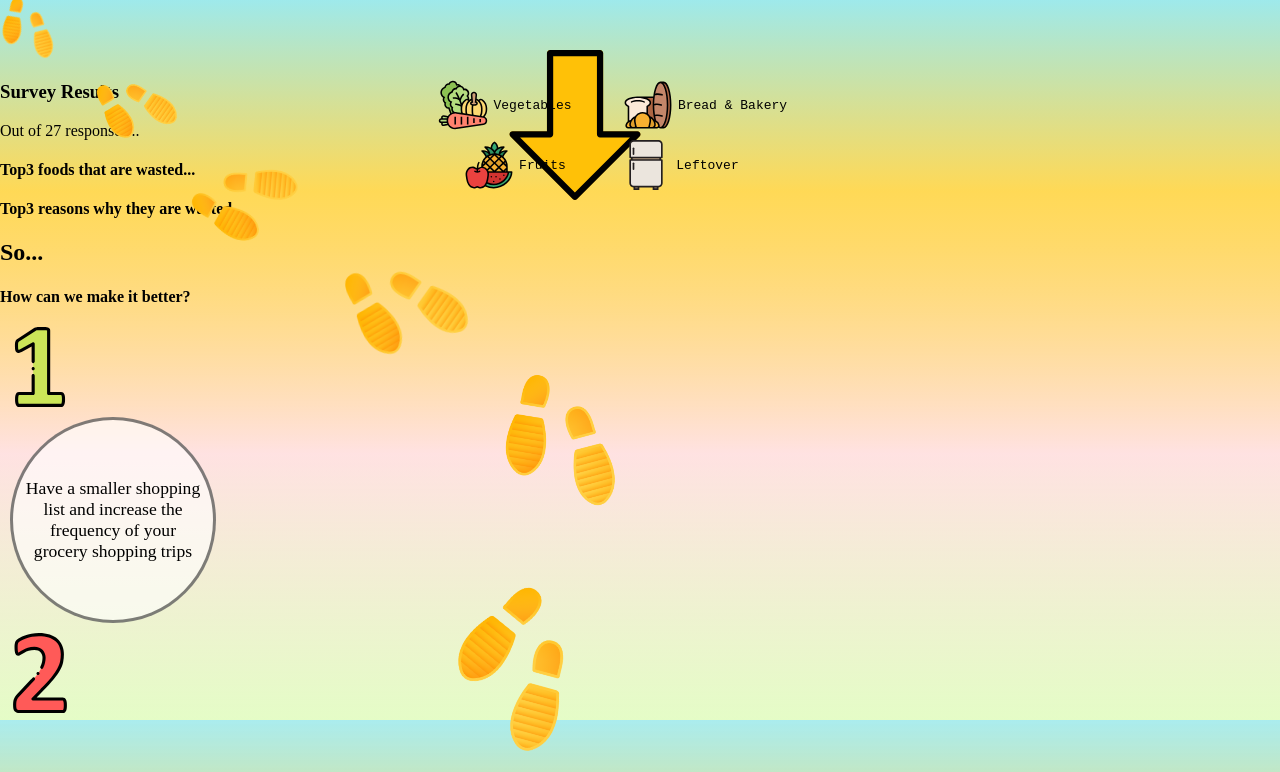
Repository: iorid3/Midterm
Page: index.html
These files come from the project's save history. The page is drawn as it stood at one moment and after the next save; the edit follows.
The browser window is 1280 px wide. The pictures show the whole page.
An inner scrolling area shows only its first screen.

Above is the page before, as saved 2021-03-09 10:52:52.
Console error: SyntaxError: Unexpected end of input

After the next save:
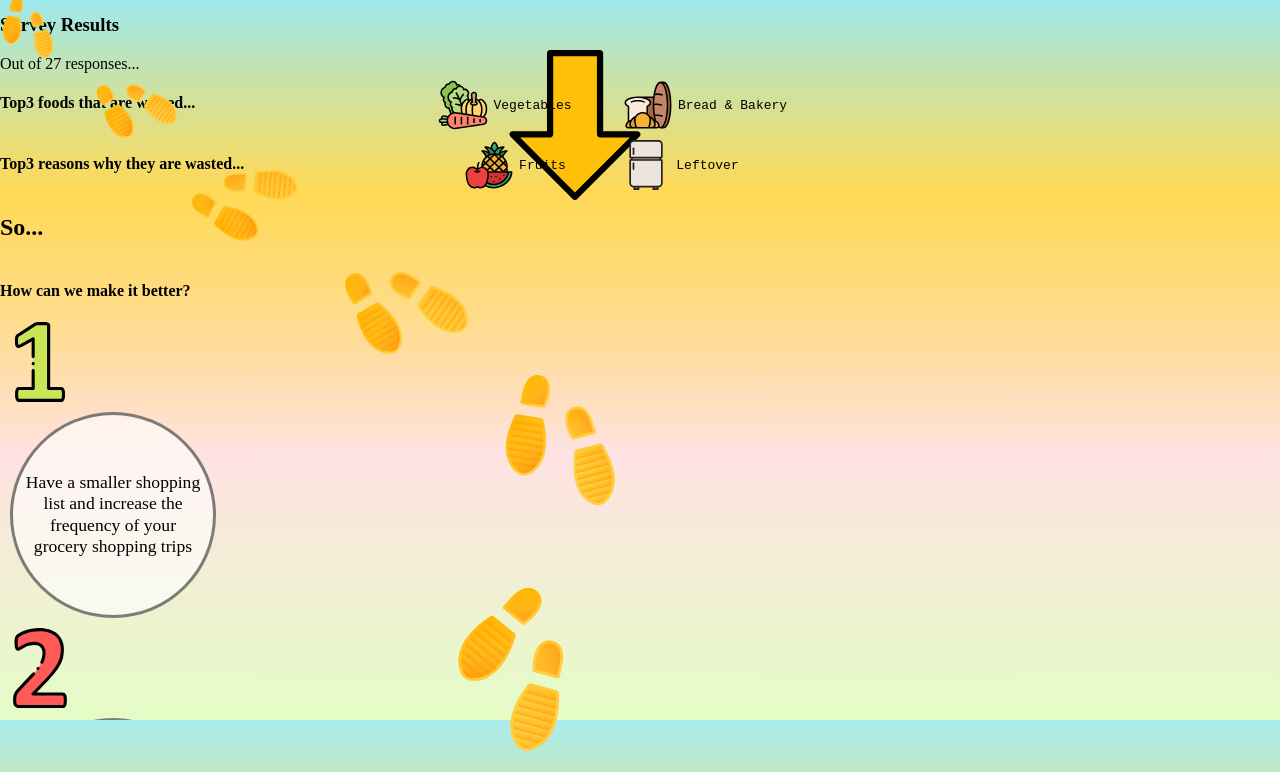
Saved 16 s later.
--- a/index.html
+++ b/index.html
@@ -58,7 +58,7 @@
         </div>
 
 
-        <div class = "section4">
+        < class = "section4">
             <div class = "container3">
                <div><img src = ""></div>
                <div><h3>Survey Results</h3></div>
@@ -122,6 +122,9 @@
 
         </div>
 
+    <h1>HIHIHI</h1>
+
+
 
        <!-- <div class = "col left">
            <div class = "row top">
